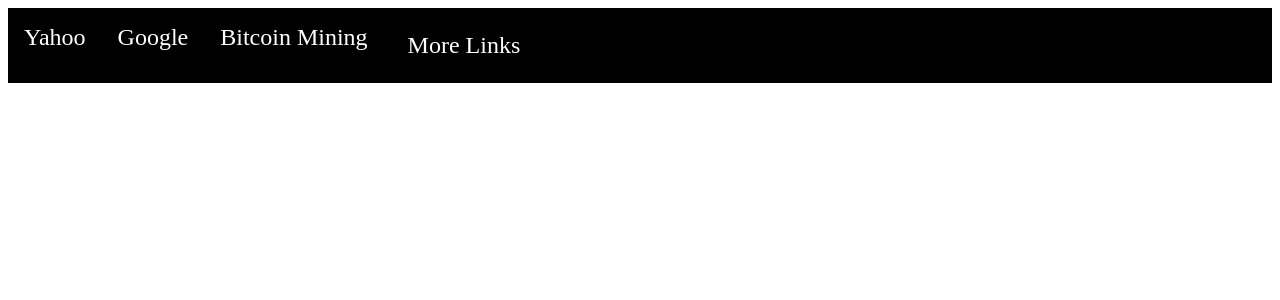
Repository: Starfishmas/Starfishmas.github.io
Page: index1.html
The author's editor kept a record of every edit. The page is drawn from the files as they stood at one moment, then again after the next edit.
The browser window is 1280 px wide. The pictures show the whole page.

Above is the page before.

### index1.html
<!DOCTYPE html>
<html>
  <head>

    <title>repl.it</title>

    <style>
      .navbar{
        background-color: black;
        overflow:hidden;
      }

      .navbar a{
        color: white;
        font-size: 24px;
        text-decoration: none;
        padding:16px;
        float:left;
      }

      .morelinks{
        color: white;
        font-size: 24px;
        text-decoration: none;
        padding:24px;
      }

      .navbar a:hover, .morelinks:hover{
        background-color: pink;
      }

      .dropdown:hover .dropdown-content{
        display:block;
      }

      .dropdown-content{
        position: absolute;
        z-index: 1;
        display:none;
        background-color:black;
      }

      .dropdown{
          background-color:black;
          color:white;
          float:left;
          text-decoration: none;
          font-size:16px;
      }

      .dropdown-content a{
          float:none;
          display:block;
      }




    </style>

  </head>
  <body>
    <div class="navbar">
      <a href="https://www.yahoo.com">Yahoo</a>
      <a href="https://www.google.com">Google</a>
      <a href="https://www.yahoo.com">Bitcoin Mining</a>
      <div class="dropdown">
        <div class="morelinks">More Links</div>
        <div class="dropdown-content">
          <a href="https://www.awseducate.com" logo="aws">AWS Educate</a>
          <a href="https://www.collegeboard.org">College Board</a>
        </div>
      </div>

    </div>

  </body>
</html>

After the next edit:
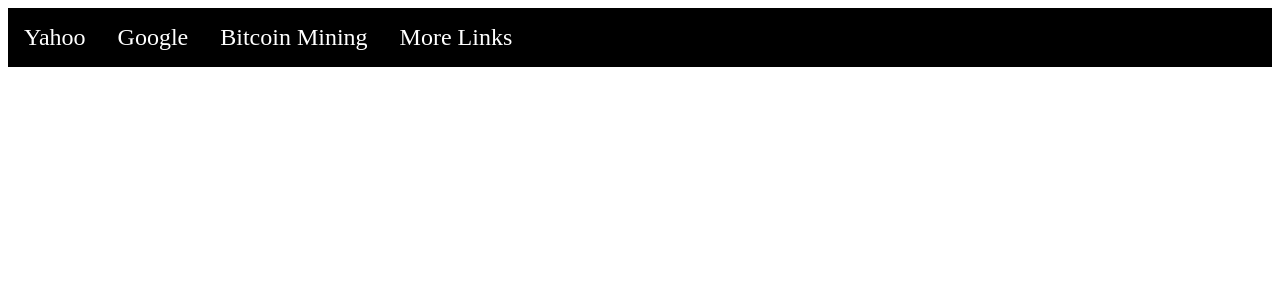
The edit:
--- a/index1.html
+++ b/index1.html
@@ -22,7 +22,7 @@
         color: white;
         font-size: 24px;
         text-decoration: none;
-        padding:24px;
+        padding:16px;
       }
 
       .navbar a:hover, .morelinks:hover{
